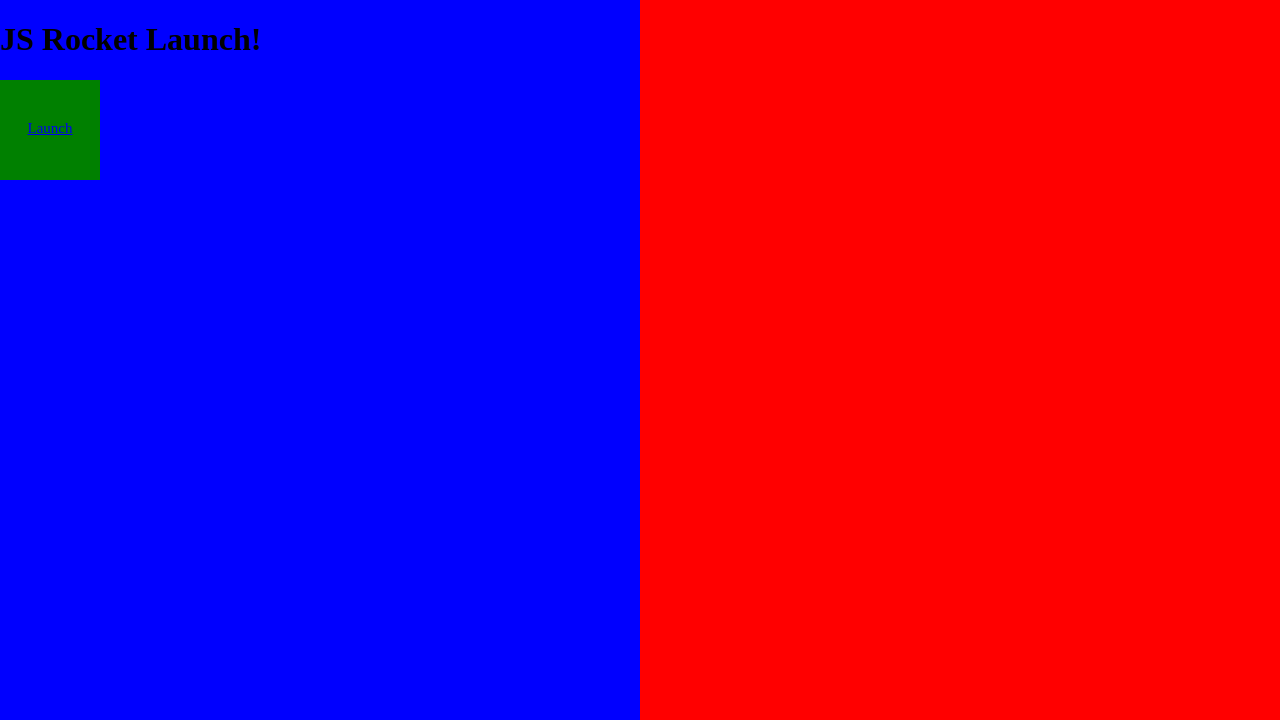
Repository: alcarrizo/Rocket-launch
Page: index.html
These files come from the project's save history. The page is drawn as it stood at one moment and after the next save; the edit follows.
The browser window is 1280 px wide. The pictures show the whole page.

Above is the page before, as saved 2022-10-19 19:42:39.

After the next save:
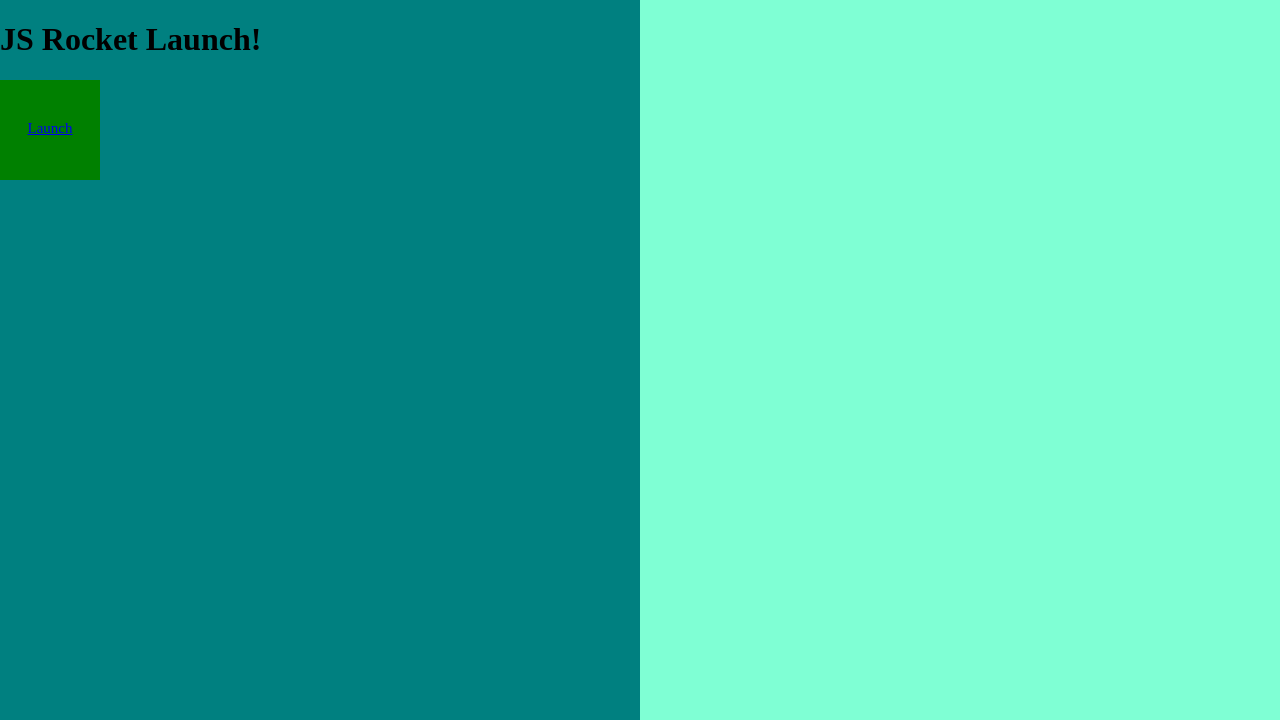
Saved 57 s later.
--- a/css/style.css
+++ b/css/style.css
@@ -9,7 +9,7 @@ body {
     height: 100%;
     top: 0;
     left: 0;
-    background-color: blue;
+    background-color: teal;
 }
 
 .right {
@@ -19,7 +19,7 @@ body {
     height: 100%;
     top: 0;
     right: 0;
-    background-color: red;
+    background-color: aquamarine;
 }
 
 a.button {
